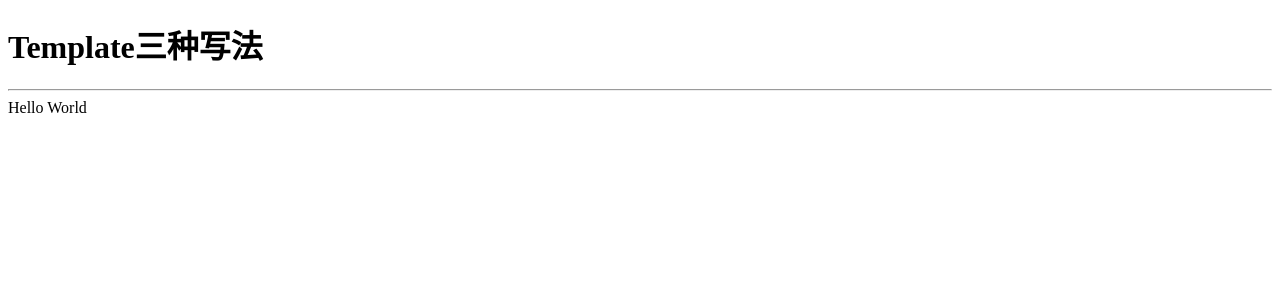
Repository: 13982720426/vue2.0-LearningNotes
Page: example/template.html
An editor plug-in stored every save of this project. The page is shown before and after the next save, followed by the edit.
The browser window is 1280 px wide. The pictures show the whole page.

Above is the page before, as saved 2021-06-24 20:28:59.

After the next save:
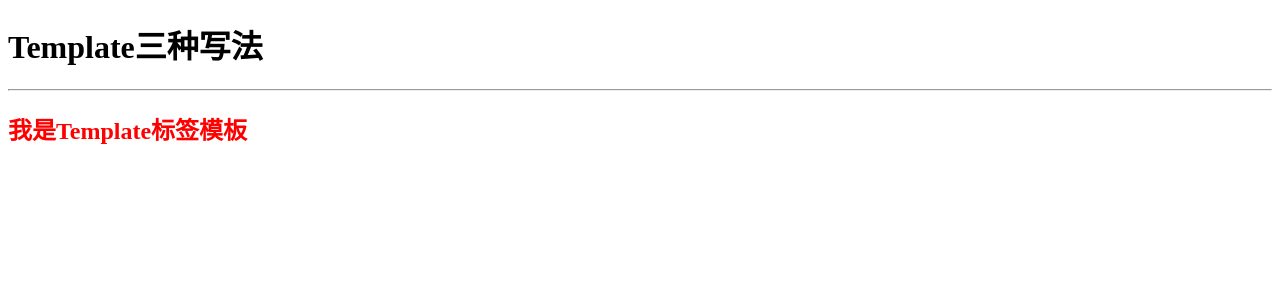
Saved 41 s later.
--- a/example/template.html
+++ b/example/template.html
@@ -22,6 +22,7 @@
         data: {
           message: 'Hello World',
         },
+        template: '#dd2',
         // template: `<h2 style='color:red'>我是选项模板</h2>`,
       });
     </script>
